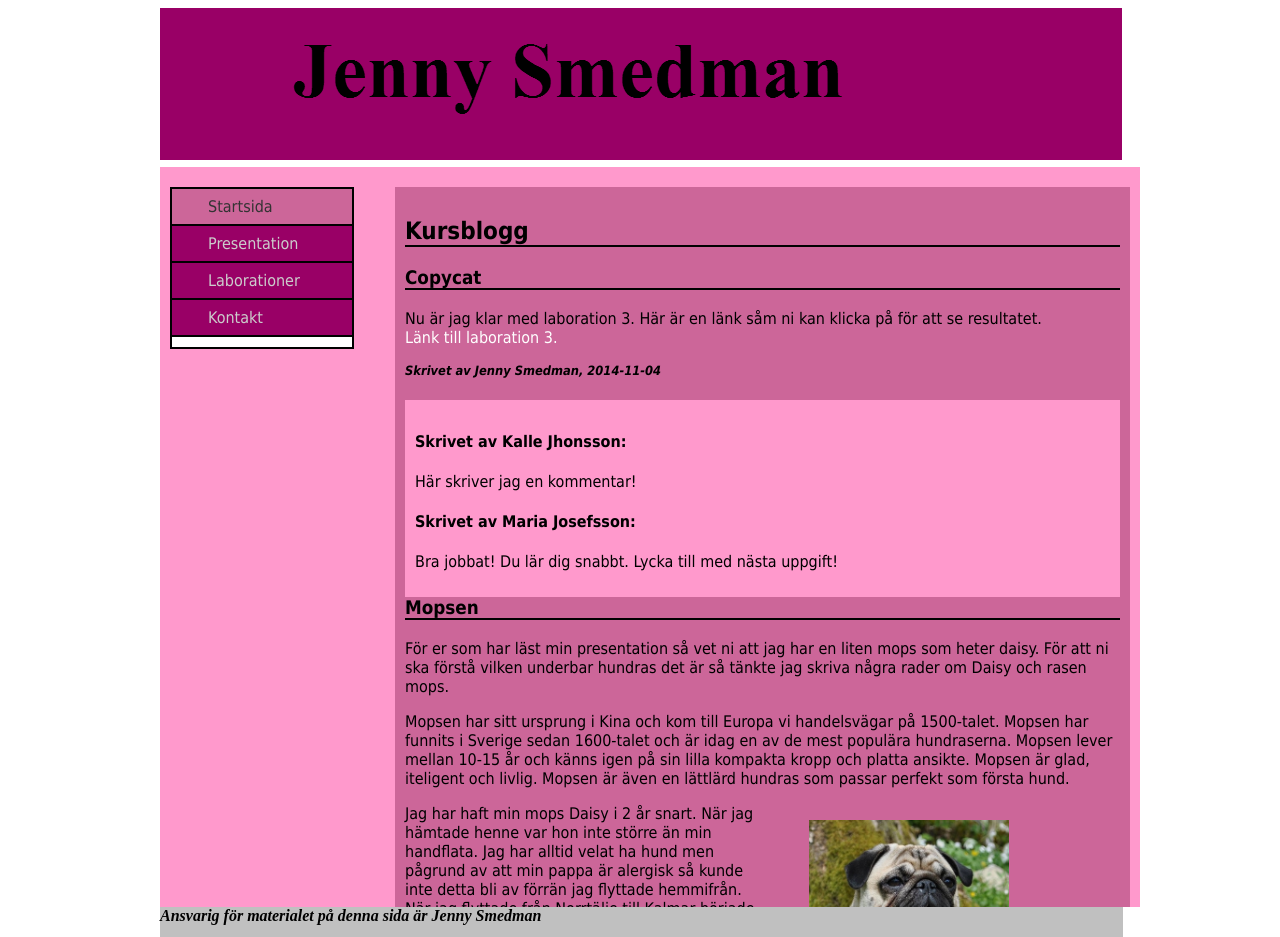
Repository: js223mx/1ik415-js223mx-laborationer
Page: pages/lab5index.html
The author's editor kept a record of every edit. The page is drawn from the files as they stood at one moment, then again after the next edit.
The browser window is 1280 px wide. The pictures show the whole page.
An inner scrolling area shows only its first screen.

Above is the page before.

### pages/lab5index.html
<!docktype html>
<html lang="sv">

    <head>

            <meta charset="utf-8" />
            <meta name="viewport" content="width=device-width, initial-scale=1" />
            <title>Jenny Smedmans webbsida</title>

            <link rel="stylesheet" media="screen and (max-width: 480px)" href="../css/sp.css" />
            <link rel="stylesheet" media="screen and (min-width: 481px)" href="../css/lab5.css" />


  </head>
    <body>


    <div id="container">
    <header id="header">
            <div class="loggodiv"></div>
            </header>

    <main>
            <nav id="navside">
            <a href="../index.html" class="active">Startsida</a>
            <a href="presentation.html">Presentation</a>
            <a href="laborationer.html">Laborationer</a>
            <a href="kontakt.html">Kontakt</a>
            </nav>

            <section>

            <h2>Kursblogg</h2>

            <article>
                <h3 id="blogg">Copycat</h3>
                <p>Nu är jag klar med laboration 3. Här är en länk såm ni kan klicka på för att se resultatet.<br>
                    <a href="https://preview.c9.io/js223mx/uppgift-3-3/index.html?_c9_id=livepreview1&_c9_host=https://ide.c9.io">Länk till laboration 3.</a>
                </p>
                <p id="signed">Skrivet av Jenny Smedman, 2014-11-04</p>
                <section class="comments">
                    <div class="c1">
                    <h4 class="skrivet">Skrivet av Kalle Jhonsson:</h4>
                    <p>Här skriver jag en kommentar!</p>
                    </div>

                    <div class="c1">
                    <h4 class="skrivet">Skrivet av Maria Josefsson:</h4>
                    <p>Bra jobbat! Du lär dig snabbt. Lycka till med nästa uppgift!</p>
                    </div>
                </section>
            </article>

            <article>
                    <h3 id="blogg">Mopsen</h3>
                    <p>För er som har läst min presentation så vet ni att jag har en liten mops som heter daisy.
                        För att ni ska förstå vilken underbar hundras det är så tänkte jag skriva några rader om Daisy och rasen mops.
                    </p>
                    <p>Mopsen har sitt ursprung i Kina och kom till Europa vi handelsvägar på 1500-talet. Mopsen har funnits i Sverige sedan
                        1600-talet och är idag en av de mest populära hundraserna. Mopsen lever mellan 10-15 år och känns igen på sin lilla
                        kompakta kropp och platta ansikte. Mopsen är glad, iteligent och livlig. Mopsen är även en lättlärd hundras som passar
                        perfekt som första hund.
                    </p>
                    <figure class="right top">
                        <img src="../pics/daisy.jpg" alt="Detta är daisy." height="300" width="200" />
                        <figcaption>Detta är en bild på Daisy våren 2014.</figcaption>
                    </figure>

                    <p>Jag har haft min mops Daisy i 2 år snart. När jag hämtade henne var hon inte större än min handflata. Jag har alltid velat ha hund
                        men pågrund av att min pappa är alergisk så kunde inte detta bli av förrän jag flyttade hemmifrån. När jag flyttade från Norrtälje till
                        Kalmar började jag genast kolla på hundvalpar. Valet stod mellan fransk bulldog, bostonterrier eller mops. När jag fått ihop pengarna som
                        behövdes så fick jag kontakt med en person vars mops tik fått valpar. Jag hyrde en bil och åkte ner för att kolla på dom. Och låt mig säga
                        så här, åk aldrig och kolla på en valp om du inte bestämt dig för att köpa en för du kommer inte kunna åka därifrån utan en.
                    </p>
                    <p>Daisy blev genast familjens lilla clown och fick all uppmärksamhet en liten hund kan få. Hon fick dessutom mig att orka gå igenom
                        svåra tider och beslut. Hon är min bästa vän och vad som än händer så kan jag alltid lita på att hon blir lika glad när hon ser mig.
                    </p>
                    <p id="signed">Skrivet av Jenny Smedman, 2014-10-09</p>
            </article>
            <article>
                <h3 id="video">Videotaggen</h3>

                    <video controls width="320" height="240" preload="none" id="videon">
                        <source src="http://mirrorblender.top-ix.org/peach/bigbuckbunny_movies/big_buck_bunny_480p_stereo.ogg" type="video/ogg" />
                        <source src="http://download.blender.org/peach/bigbuckbunny_movies/big_buck_bunny_480p_surround-fix.avi" type="video/mpeg" />
                        <p>Din webbläsare stödjer inte video</p>
                    </video>

                    <p>Video med tillstånd av
                        <a href="http://www.bigbuckbunny.org/" target="_blank">Big Buck Bunny</a>
                    </p>
                   <p id="signed">Skrivet av Jenny Smedman, 2014-10-02</p>
            </article>

            <article>
                <h3 id="blogg">En ankarlänk</h3>

                    <p>Här kommer en länk till min bild som ligger på presentationssidan.</p><br>
                    <a href="presentation.html#jag">Länk till min bild</a>
                    <p id="signed">Skrivet av Jenny Smedman, 2014-10-01</p>

            </article>

            <article>
                <h3 id="blogg">En svg-bild</h3>

                    <p>Nu har jag skapat en svg-bild (Scalable Vector Graphics).</p>
                    <img id="svgbild" src="../pics/svgbild.svg" alt="Lite former" />
                <p id="signed">Skrivet av Jenny Smedaman, 2014-09-30</p>
            </article>

            <article>
                <h3 id="blogg">Ett första inlägg</h3>

                    <p>Hej alla! Detta är mitt första blogginlägg på min nya webbsida. Här kommer jag skriva lite om
                    de laborationer jag gör och hur det går för mig som nybliven student vid webbprogrammerarprogrammet.
                    </p>
                <p id="signed">Skrivet av Jenny, 2014-09-22</p>
            </article>

            <section id=aside>
                <aside>
                    <h2>Aside</h2>
                    <p>Nå mig på facebook</p>
                </aside>
            </section>
             </section>
        </main>

        <footer id="ccfooter">Ansvarig för materialet på denna sida är Jenny Smedman</footer>
        </div>
    </body>

</html>

### css/lab5.css

html{
 height:100%;
}

body{
    background-color: #FFFFFF;
    min-height: 100% !important;
    height: 100;
}
#container{
    margin: 0 auto;
    width: 960px;
}
#header{
   height: 132px;
   width:942px;
   padding: 10px;


   margin-bottom: 7px;
   background-color: #990066;

}
.loggodiv{
   background-color: #990066;
    width: 940px;
    margin-bottom: 10px; background: url("min-logga.png") no-repeat;
    height: 120px;
    margin-left: auto;
    margin-right: auto;
}
main{
    width: 960px;
    margin-left: auto;
    margin-right: auto;
    overflow: scroll;
    background-color: #FF99CC;
    height: 100%;
    font-family: "Tahoma", Geneva, sans-serif;
    padding: 10px;

}

#navside{
    width: 180px;
    float: left;
    background-color: #FFFFFF;
    height: 22%;
    margin-right: 14px;
    margin-top:10px;
    border:2px solid black;
}
#navside a{
    background: #990066;
	border-bottom: 2px solid black;
	color: #ccc;
	display: block;
	margin: 0px;
	padding: 8px 12px;
	text-decoration: none;
	text-indent: 24px;
}
#navside a:hover
{
    background: #CC6699;
	color: #fff;
}
#navside .active {
    background-color: #CC6699;
	color: #333;
}
section{
 display: block;
 background-color: #CC6699;
 width: 715px;
 margin-top: 10px;
 padding:10px;
 float:right;

}
article{

}
#aside{
 display:block;
 height:120px;
 width:145px;
 background-color:#FFFFFF;
 border: 2px solid black;
 padding: 5px;
 float:left;
}
#aside{
    width:181px;
}
#ccfooter{
    background-color: #C0C0C0;
    font-style: oblique;
    font-weight: bold;
    font-size: 100%;
    height:30px;
    width:963px;
}

h1{

}
h2{
    font-size: 150%;
    border-bottom: 2px solid black;
}
h3{
    border-bottom: 2px solid #000000;
    background-color:transparent;
    border-bottom: 2px solid black;
}
#signed{
    font-style: oblique;
    font-weight: bold;
    font-size: 80%;
}

main a {
    text-decoration: none;
    color: #FFFFFF;
}
main a:hover {
    text-decoration: underline;
}
figure{
    float:right;
}
.comments{
    display: block;
    background-color: #FF99CC;
    width: 695px;
}

### css/sp.css
html {

}
body {
    background-color: #FFCCCC;

}
#container {
    max-width: 480px;
    width:100%;
}
#content {
    padding:5px;
    background-color: #CC6699;
    font-family: "Tahoma", Geneva, sans-serif;
}
#header {
    display:none;
}
#footer {
    background-color: #C0C0C0;
}
#footer p {
    margin:0;
    text-align:center;
    padding:5px;
}
/* body backgroundcolor: #FFCCCC
    navigation backgroundcolor: #FFFFFF
    content backgroundcolor: #CC6699
    header backgroundcolor: #990066
    footer backgroundcolor: #C0C0C0 */
#svgbild
{
    width:100%;
}
div {

    background-color: #E0E0E0;
}
ul {
    list-style-type:none;
}


.h3{
    border-bottom: 2px solid #000000;
    background-color:transparent;
}

#signed {
    font-style: oblique;
    font-weight: bold;
    font-size: 80%;
}
#videon
{
    width:100%;
    margin-bottom:0px;
}
#blogg {
    margin-bottom:0px;
}
#content a {
    text-decoration: none;
    color: #FFFFFF;
}
#content a:hover {
    text-decoration: underline;
}
/*navigation---------------------------------------------------------*/

#navigation a:hover
{
    background: #CC6699;
	color: #fff;
}
#navigation a {
    background: #990066;
	border-bottom: 2px solid #393939;
	color: #ccc;
	display: block;
	margin: 0px;
	padding: 8px 12px;
	text-decoration: none;
	text-indent: 24px;
}
#navigation .active {
    background-color: #CC6699;
	color: #333;
}
.navlist {
    margin: 0;
    padding: 0;
    text-align: left;
}
.navlist li {
    list-style-type: none;
    padding-top: 0;

    margin-bottom: 0;
    line-height: 1.5em;
    position: relative;
}

/*table---------------------------------------------------------*/
table {
    display: none;
}

/*form---------------------------------------------------------*/

#legend {
    font-weight: bold;
    margin-bottom: 12px;
}
#fieldset {

    width: 100%;
    padding-left:0px;
    padding-right:0px;
    margin-left:0px;
    margin-right:0px;
    background-color: #FFFFFF;
}
#select {
    margin-bottom: 12px;
}
#Text {
    margin-top: 12px;
    margin-bottom: 12px;
    margin-left: 9px;
}
#Textlabel {
    position: relative;
    bottom: 48px;
}
#name {
    margin-top: 17px;
}
#submit {
    margin-top: 12px;
    margin-left: 54px;
}


/*images---------------------------------------------------------*/
#daisy {
    float: right;
    padding:1px;
    border:3px solid #990066;
    background-color:#990066;
}

After the next edit:
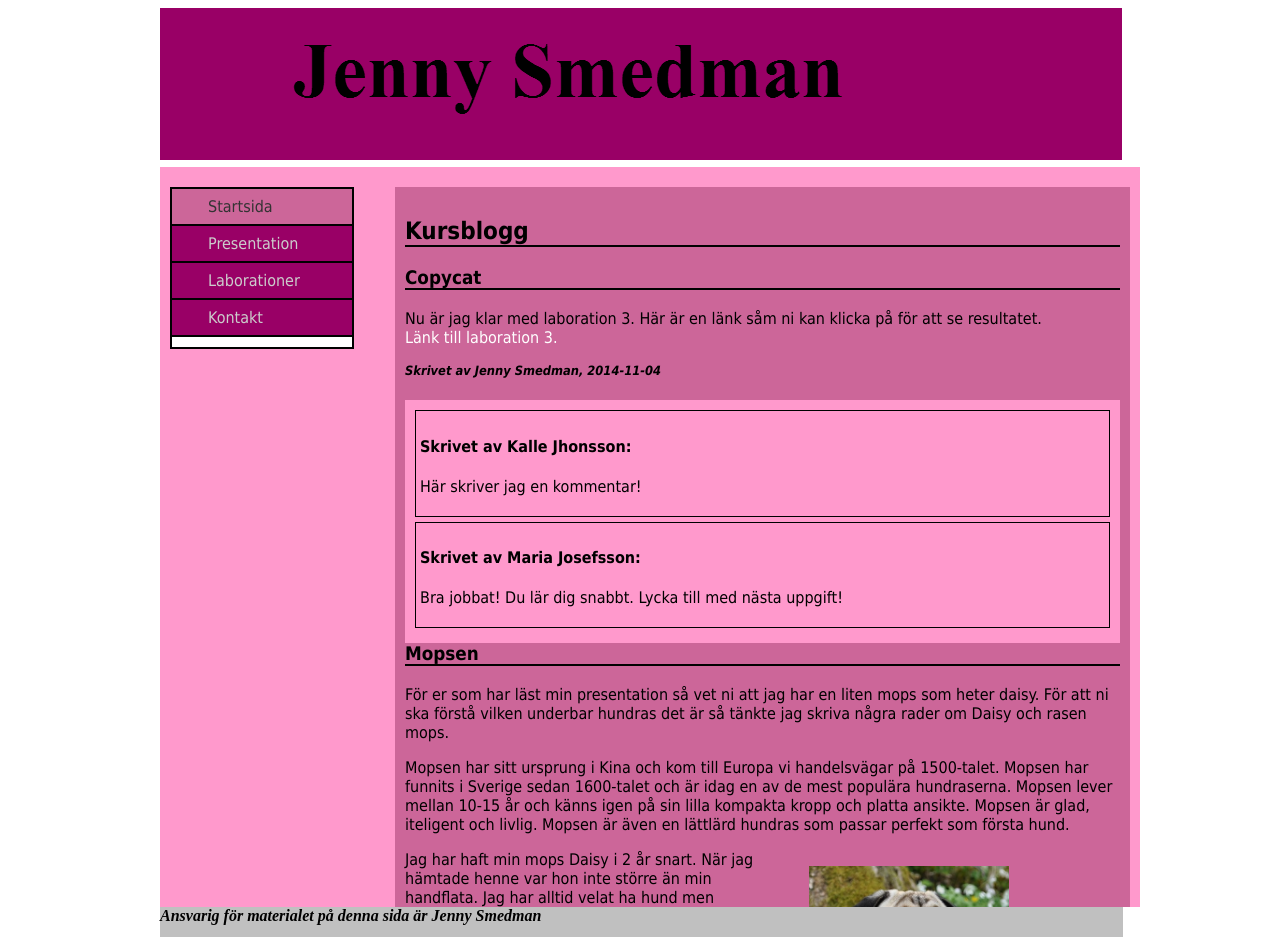
The edit:
--- a/css/lab5.css
+++ b/css/lab5.css
@@ -136,3 +136,8 @@ figure{
     background-color: #FF99CC;
     width: 695px;
 }
+.c1{
+    border: 1px solid black;
+    margin-bottom: 5px;
+    padding:4px;
+}
